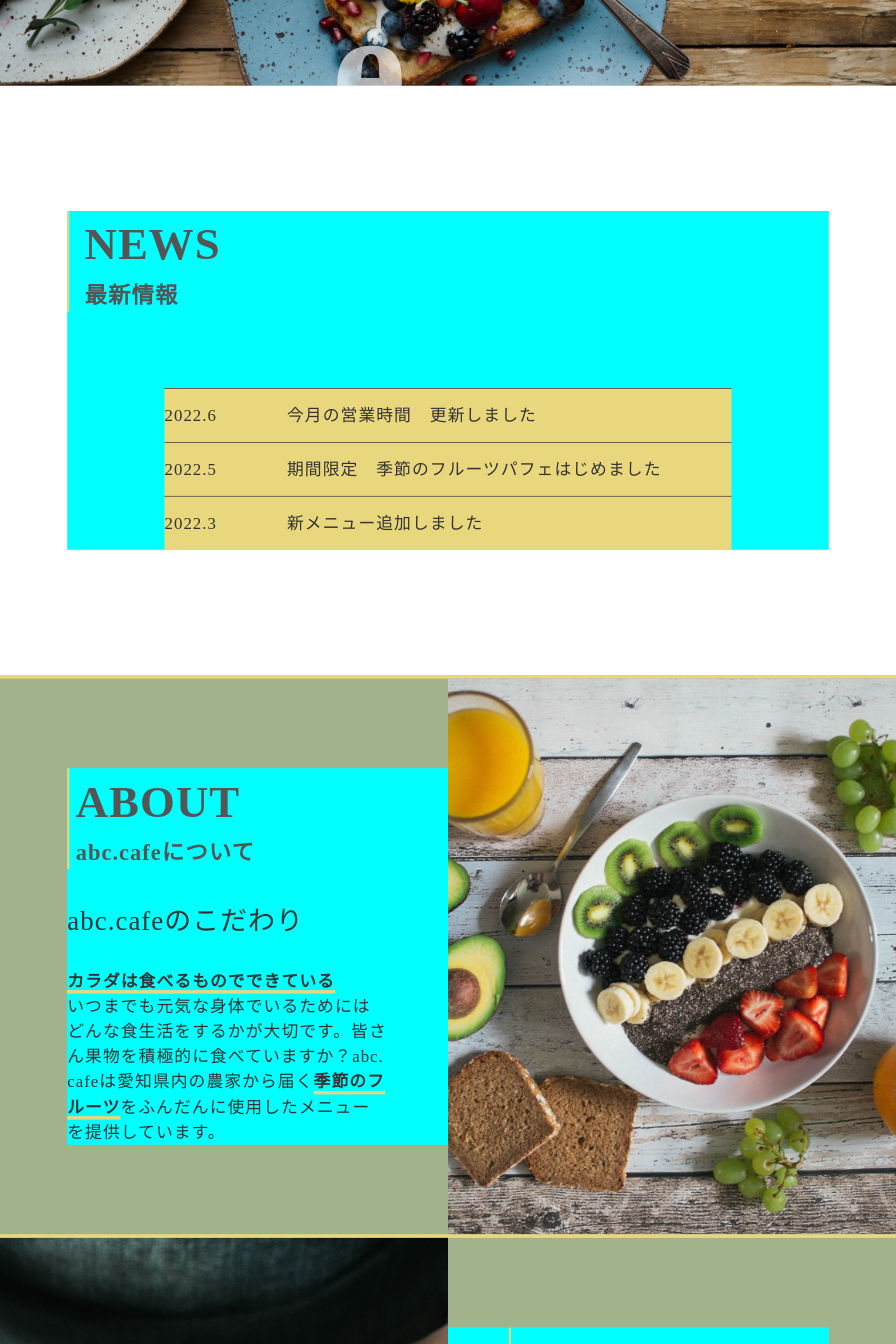
Repository: nozomi-23/lp1_test
Page: index.html
An editor plug-in stored every save of this project. The page is shown before and after the next save, followed by the edit.
The browser window is 1280 px wide. The pictures show the part of the page from y = 589 to 2509 px (the page is 3952 px tall before and 3849 px after), at 70% of full size.

Above is the page before, as saved 2022-06-08 15:07:03.

After the next save:
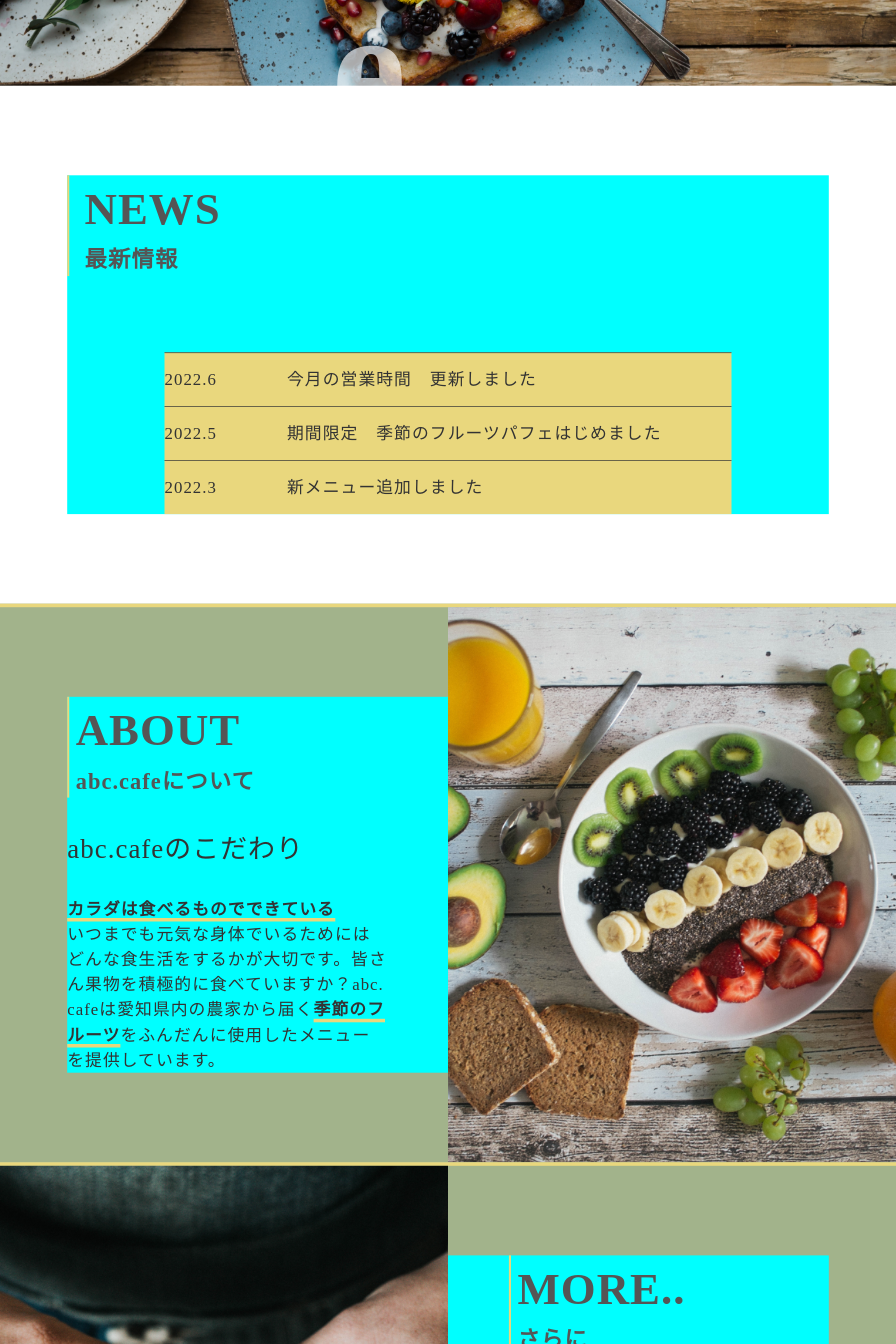
Saved 25 s later.
--- a/css/common.css
+++ b/css/common.css
@@ -105,7 +105,7 @@ main
 news
 =========================*/
 .news_wrapper {
-  padding: 14% 0;
+  padding: 10% 0;
 }
 .news_txt table{
   margin: 0 auto;
